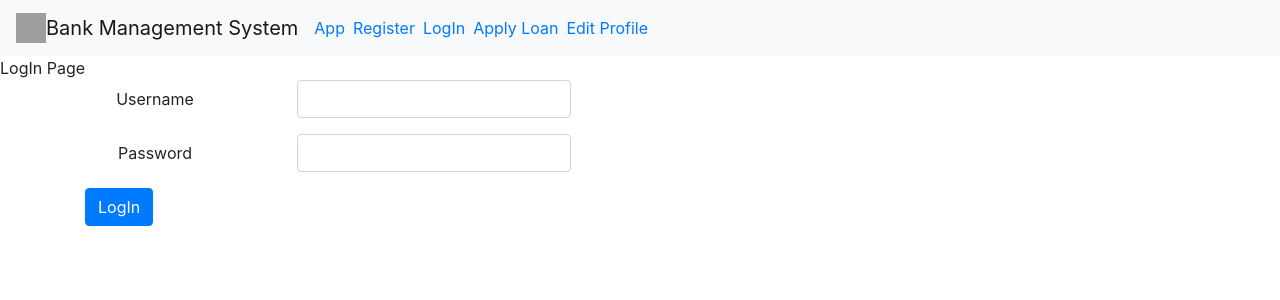
Repository: Nilkumar-Sharma/Bank-Management-System-Frontend-React
Page: /login
An editor plug-in stored every save of this project. The page is shown before and after the next save, followed by the edit.
The browser window is 1280 px wide. The pictures show the whole page.
Pictures or frames that could not be fetched are drawn as grey boxes. The project was rebuilt for these pictures with package versions that can differ from the ones it lists, and the page was loaded fresh each time. Also part of the build but not shown: src/App.css, src/Counter/Counter.js, src/App.js, src/components/Register/Register.module.scss, src/components/Register/Register.js, src/components/LogIn/LogIn.module.scss, src/components/Loan/Loan.module.scss, src/components/Loan/Loan.js and 1 more.

Above is the page before, as saved 2020-07-28 13:46:11.

After the next save:
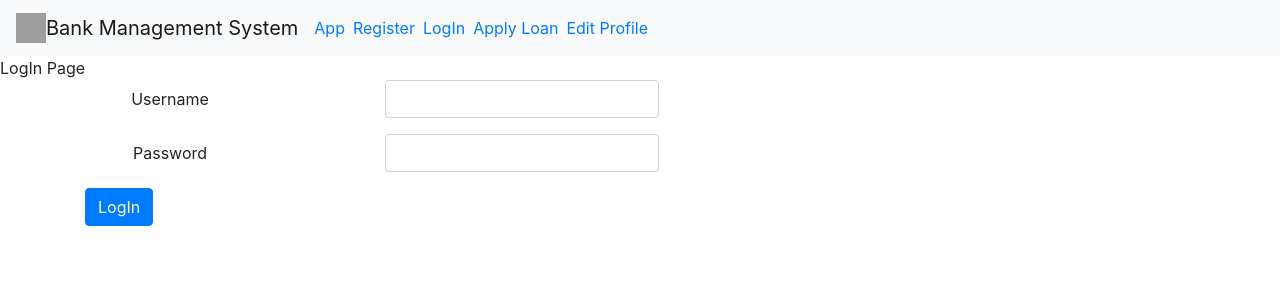
Saved 62 s later.
--- a/src/components/Shared/InputField/InputField.js
+++ b/src/components/Shared/InputField/InputField.js
@@ -26,13 +26,13 @@
     render() {
         return (
             <div className="container">
-            <div className="row">
+            <div className="">
                 <div class="form-group form-inline" >
-                <div className="col-6">
+                <div className="col-3">
                     <label htmlFor={this.props.id}>{this.props.Label}</label>
 
                 </div>
-                <div className="col-6">
+                <div className="col-3">
                         <input className="form-control" name={this.props.name} id={this.props.id} type={this.props.type} onChange={
                         // (this.props.changes) || ((e)=>{this.setState({value:e.target.value})})
                         (event) =>

After the 3 saves that followed:
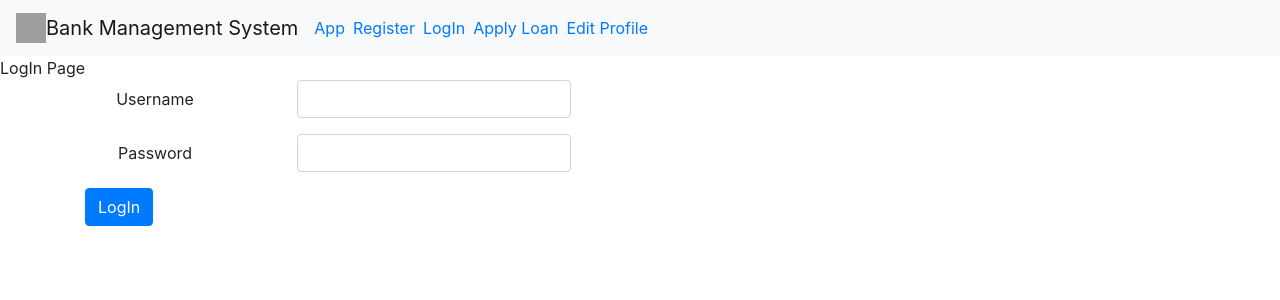
The 3 saves are shown as one change because they came seconds apart.
The last was saved 13 s later.
--- a/src/components/Shared/InputField/InputField.js
+++ b/src/components/Shared/InputField/InputField.js
@@ -26,13 +26,13 @@
     render() {
         return (
             <div className="container">
-            <div className="">
+            <div className="row">
                 <div class="form-group form-inline" >
-                <div className="col-3">
+                <div className="col-6">
                     <label htmlFor={this.props.id}>{this.props.Label}</label>
 
                 </div>
-                <div className="col-3">
+                <div className="col-6">
                         <input className="form-control" name={this.props.name} id={this.props.id} type={this.props.type} onChange={
                         // (this.props.changes) || ((e)=>{this.setState({value:e.target.value})})
                         (event) =>
